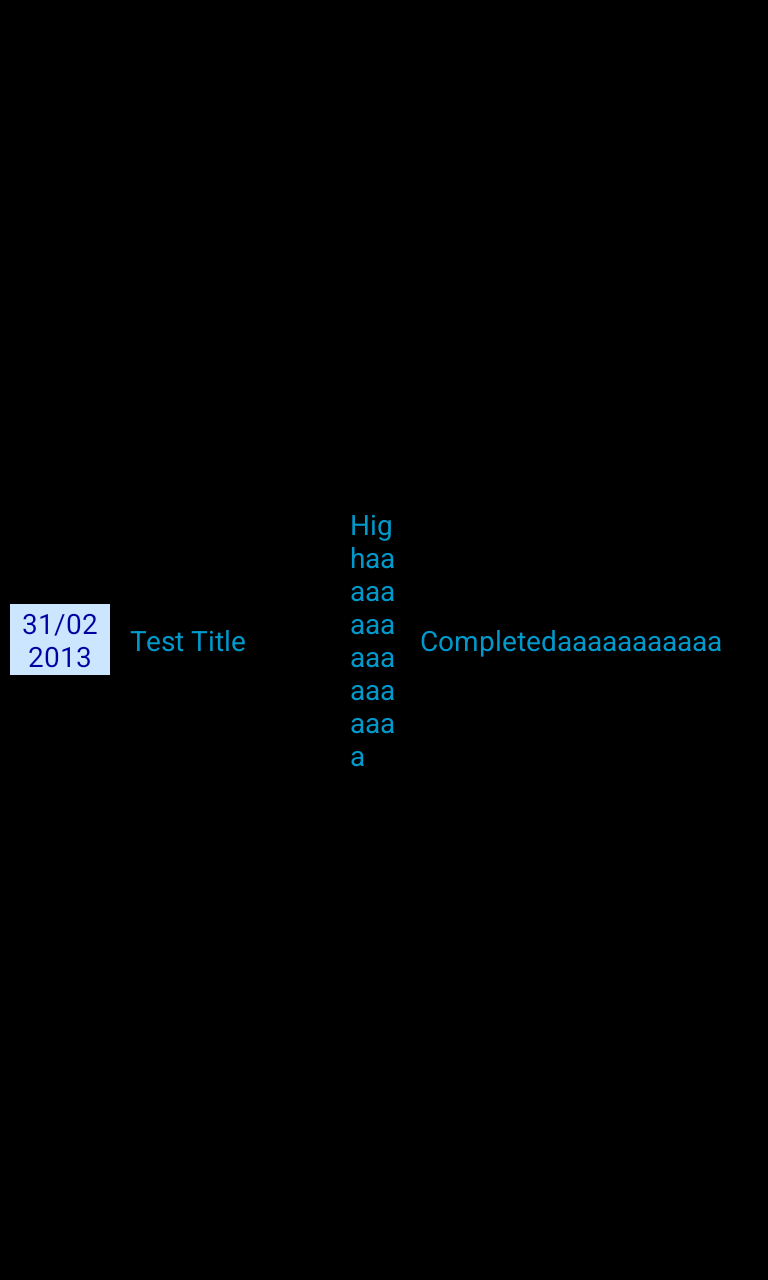
Repository: titango/androidass1
Layout: uTask/res/layout/task_list_item.xml
The author's editor kept a copy of each file at every save. The layout is drawn from the files as they stood at one save, then again after the next save.
It is drawn on a 768 x 1280 px phone screen (xhdpi) without system bars, with theme NoActionBar; the app's code is not run.

Above is the layout before, as saved 2013-03-31 23:40:57.

### uTask/res/layout/task_list_item.xml
<?xml version="1.0" encoding="utf-8"?>
<LinearLayout xmlns:android="http://schemas.android.com/apk/res/android"
    android:layout_width="wrap_content"
    android:layout_height="wrap_content"
    android:gravity="left|center"
    android:paddingBottom="5dp"
    android:paddingLeft="5dp"
    android:paddingTop="5dp" >

    <TextView
        android:id="@+id/task_list_item_date"
        android:layout_width="50dp"
        android:layout_height="wrap_content"
        android:background="@color/lightblue"
        android:gravity="center"
        android:text="31/02 2013"
        android:textColor="@color/darkblue" >
    </TextView>

    <TextView
        android:id="@+id/task_list_item_title"
        android:layout_width="100dp"
        android:layout_height="wrap_content"
        android:layout_marginLeft="10dp"
        android:text="Test Title"
        android:textColor="#0099CC" >
    </TextView>

    <TextView
        android:id="@+id/task_list_item_priority"
        android:layout_width="25dp"
        android:layout_height="wrap_content"
        android:layout_marginLeft="10dp"
        android:text="Highaaaaaaaaaaaaaaaaaa"
        android:textColor="#0099CC" >
    </TextView>

    <TextView
        android:id="@+id/task_list_item_status"
        android:layout_width="wrap_content"
        android:layout_height="wrap_content"
        android:layout_marginLeft="10dp"
        android:text="Completedaaaaaaaaaaa"
        android:textColor="#0099CC" >
    </TextView>

</LinearLayout>

### uTask/res/values/colors.xml
<?xml version="1.0" encoding="utf-8"?>
<resources>
    <color name="white">#FFFFFF</color>
    <color name="black">#000000</color>
    <color name="darkblue">#0000A0</color>
    <color name="lightblue">#CCE6FF</color>
    <color name="lightyellow">#FFFFCC</color>
    <color name="superlightyellow">#FFFFE5</color>
    <color name="lightorange">#FFCC33</color>
    <color name="darkorange">#FFBF00</color>
    <color name="lowlightgreen">#00FF99</color>

</resources>

Loaded but not shown: uTask/res/values/styles.xml (common file)

After the next save:
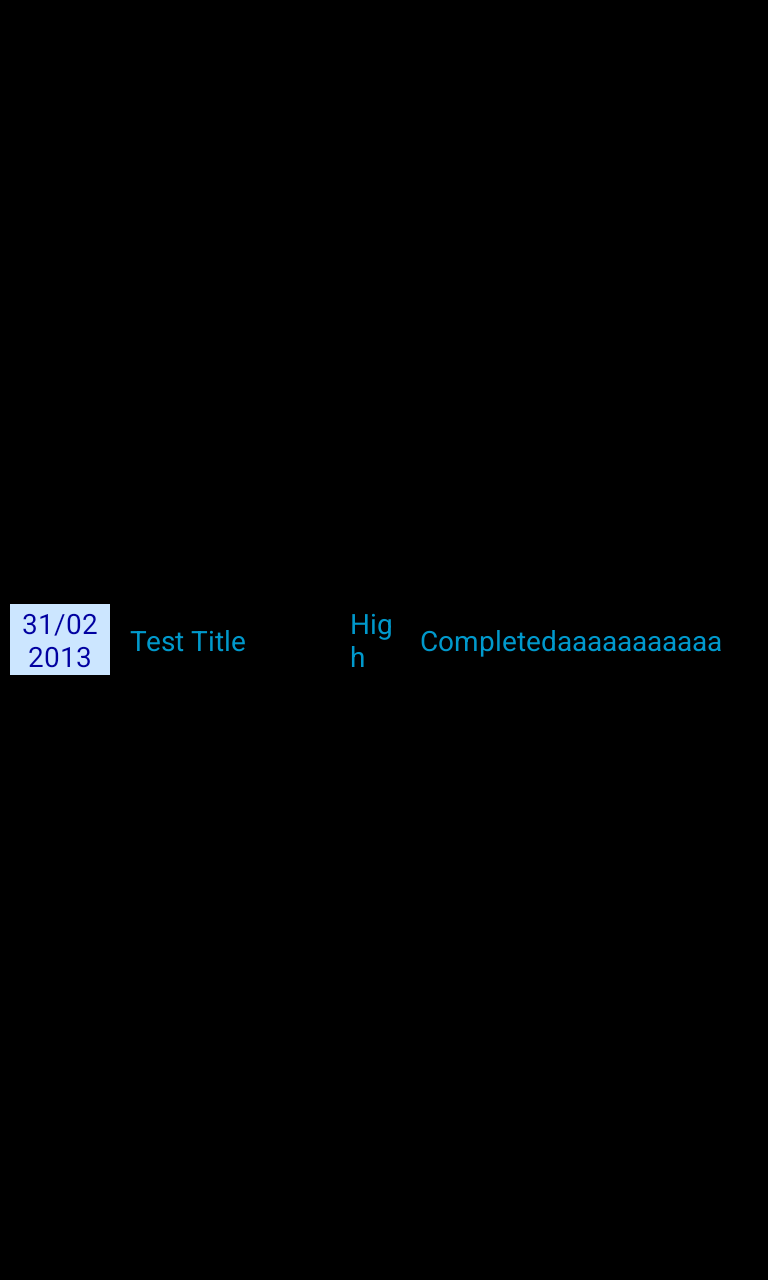
Saved 4 s later.
--- a/uTask/res/layout/task_list_item.xml
+++ b/uTask/res/layout/task_list_item.xml
@@ -31,7 +31,7 @@
         android:layout_width="25dp"
         android:layout_height="wrap_content"
         android:layout_marginLeft="10dp"
-        android:text="Highaaaaaaaaaaaaaaaaaa"
+        android:text="High"
         android:textColor="#0099CC" >
     </TextView>
 
